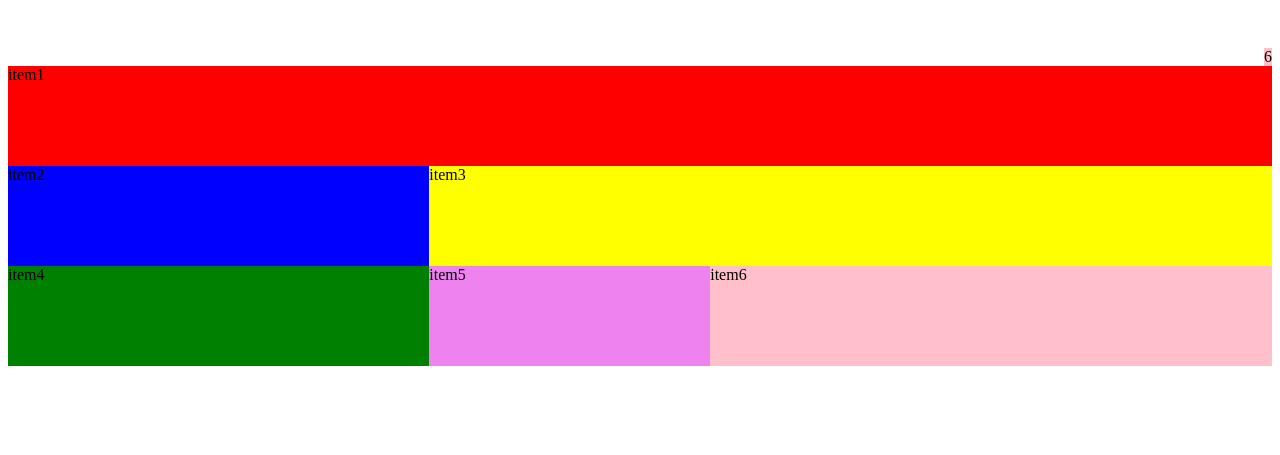
Repository: IrinaGetmanenko/week6
Page: tables.html
These files come from the project's save history. The page is drawn as it stood at one moment and after the next save; the edit follows.
The browser window is 1280 px wide. The pictures show the whole page.

Above is the page before, as saved 2022-09-02 12:40:04.

### tables.html
<!DOCTYPE html>
<html lang="en">
<head>
    <meta charset="UTF-8">
    <meta http-equiv="X-UA-Compatible" content="IE=edge">
    <meta name="viewport" content="width=device-width, initial-scale=1.0">
    <title>Document</title>
</head>
<style>

.grid {
  display: grid;
   grid-template-columns: 1fr 1fr ;
  grid-template-rows: 1fr 1fr 1fr;
  gap: 10px;

}

.grid-item1 {
    background-color: red;
    grid-area: gd1;


}
.grid-item2 {
    background-color: blue;
    grid-area: gd2;
}
.grid-item3 {
    background-color: yellow;
    grid-area: gd3;
}
.grid-item4 {
    background-color: green;
    grid-area: gd4;
}
.grid-item5 {
    background-color: violet;
    grid-area: gd5;
}
.grid-item6 {
    background-color: pink;
    grid-area: gd6;
}

.item1{
    grid-area: item1;
    background-color: red;
}
.item2{
    grid-area: item2;
    background-color: blue;
}
.item3{
    grid-area: item3;
    background-color: yellow;
}
.item4{
    grid-area: item4;
    background-color: green;
}
.item5{
    grid-area: item5;
    background-color: violet;
}
.item6{
    grid-area: item6;
    background-color: pink;
}


.gridarea{
    display: grid;
    grid-template-columns: repeat(9, 1fr);
    grid-auto-rows: minmax(100px, auto);
    grid-template-areas:
      "item1 item1 item1 item1 item1 item1 item1 item1 item1"
      "item2 item2 item2 item3 item3 item3 item3 item3 item3"
      "item4 item4 item4 item5   item5   item6   item6   item6   item6";
}


</style>
<body>
        <div class="grid">
        <div class="grid-item grid-item1">1</div>
        <div class="grid-item grid-item2">2</div>
        <div class="grid-item grid-item3">3</div>
        <div class="grid-item grid-item4">4</div>
        <div class="grid-item grid-item5">5</div>
        <div class="grid-item grid-item6">6</div>
      </div>

      <div class="gridarea">
<item class="item1">item1</item>
<item class="item2">item2</item>
<item class="item3">item3</item>
<item class="item4">item4</item>
<item class="item4">item4</item>
<item class="item5">item5</item>
<item class="item6">item6</item>



      </div>

</body>
</html>

After the next save:
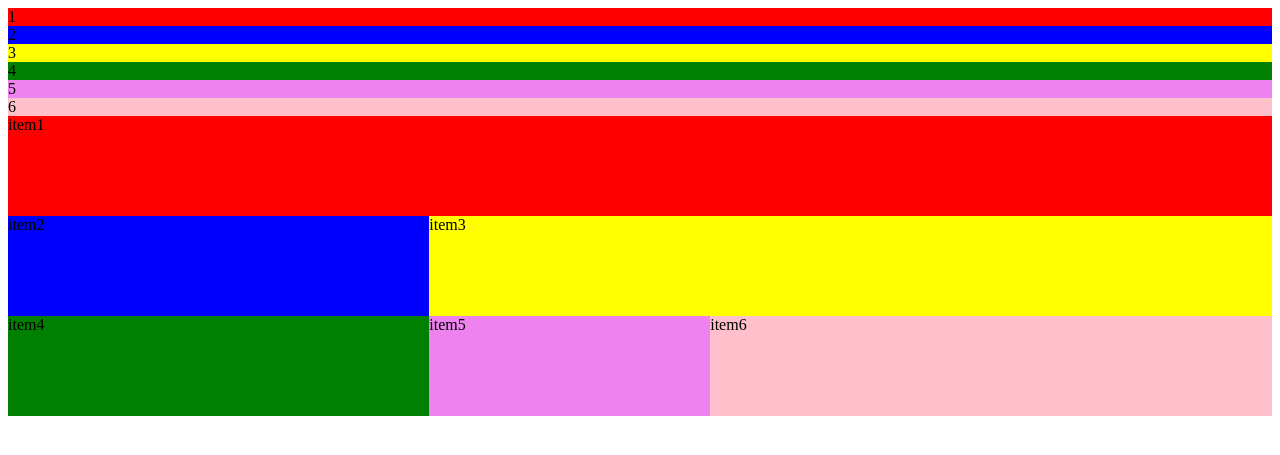
Saved 20 s later.
--- a/tables.html
+++ b/tables.html
@@ -8,13 +8,6 @@
 </head>
 <style>
 
-.grid {
-  display: grid;
-   grid-template-columns: 1fr 1fr ;
-  grid-template-rows: 1fr 1fr 1fr;
-  gap: 10px;
-
-}
 
 .grid-item1 {
     background-color: red;
